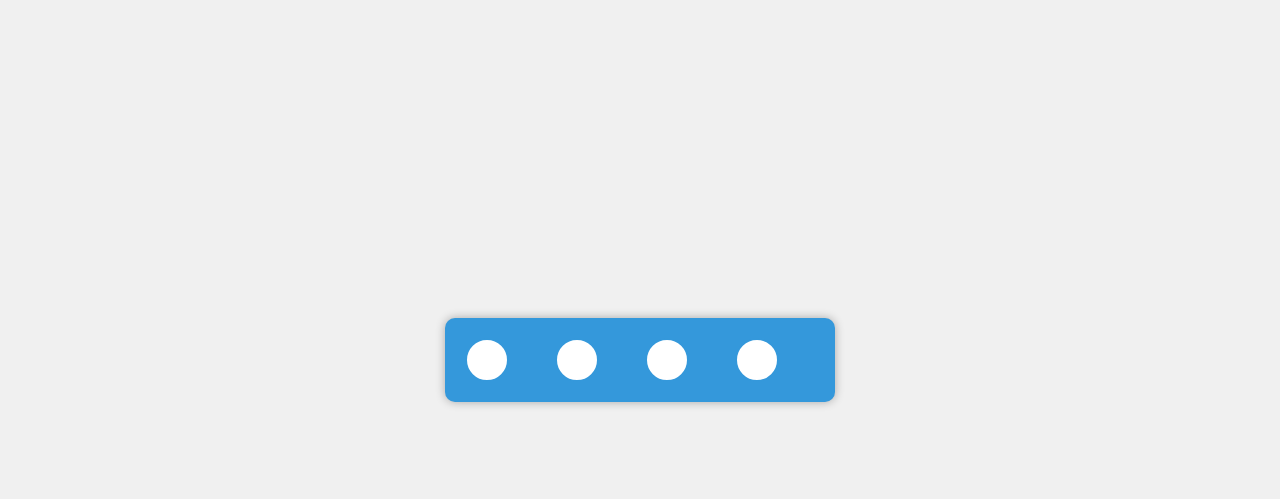
Repository: cheasopheaknita/Mastermind_Game
Page: http://localhost/
These files come from the project's save history. The page is drawn as it stood at one moment and after a run of saves; the edit follows.
The browser window is 1280 px wide. The pictures show the whole page.
The page is served by the project's application, run on Flask 3 (mastermind_project/app.py).

Above is the page before, as saved 2024-02-06 00:34:40.

After the next 3 saves:
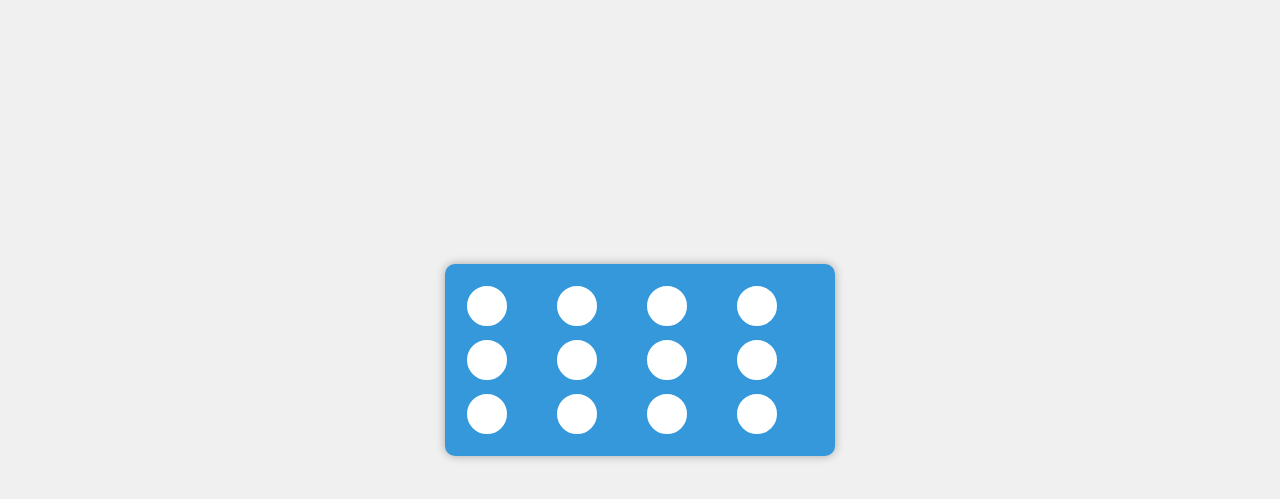
The 3 saves are shown as one change because they came seconds apart.
The last was saved 63 s later.
--- a/mastermind_project/templates/mastermind_game.html
+++ b/mastermind_project/templates/mastermind_game.html
@@ -42,6 +42,18 @@
     <div class="peg-hole"></div>
     <div class="peg-hole"></div>
 
+    <div class="peg-hole"></div>
+    <div class="peg-hole"></div>
+    <div class="peg-hole"></div>
+    <div class="peg-hole"></div>
+
+    <div class="peg-hole"></div>
+    <div class="peg-hole"></div>
+    <div class="peg-hole"></div>
+    <div class="peg-hole"></div>
+
+
+
     <!-- Repeat the structure for more rows -->
   </div>
 </body>

After the save that followed:
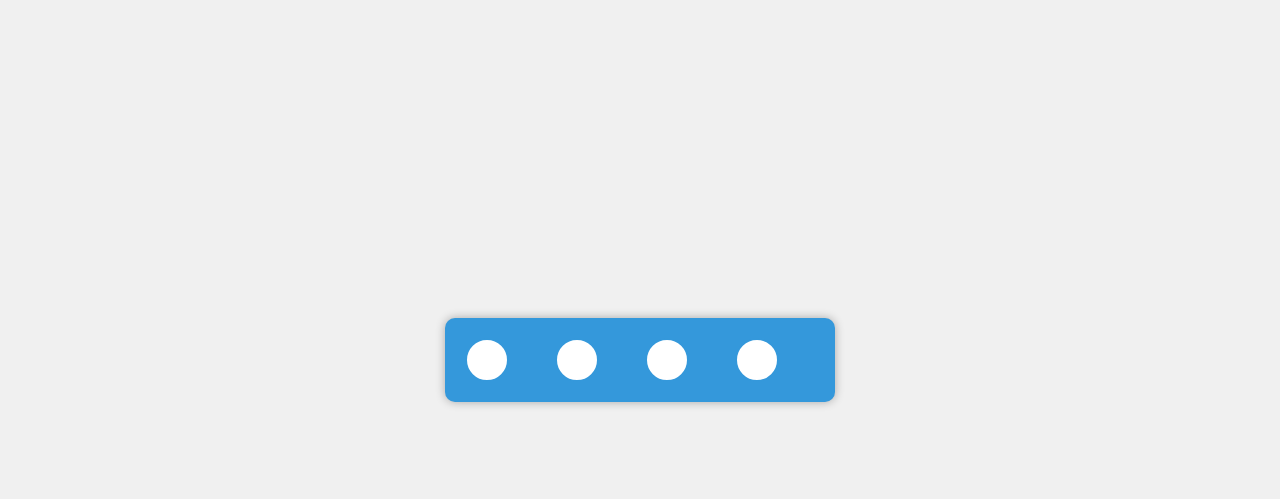
Saved 4 s later.
--- a/mastermind_project/templates/mastermind_game.html
+++ b/mastermind_project/templates/mastermind_game.html
@@ -42,16 +42,6 @@
     <div class="peg-hole"></div>
     <div class="peg-hole"></div>
 
-    <div class="peg-hole"></div>
-    <div class="peg-hole"></div>
-    <div class="peg-hole"></div>
-    <div class="peg-hole"></div>
-
-    <div class="peg-hole"></div>
-    <div class="peg-hole"></div>
-    <div class="peg-hole"></div>
-    <div class="peg-hole"></div>
-
 
 
     <!-- Repeat the structure for more rows -->
